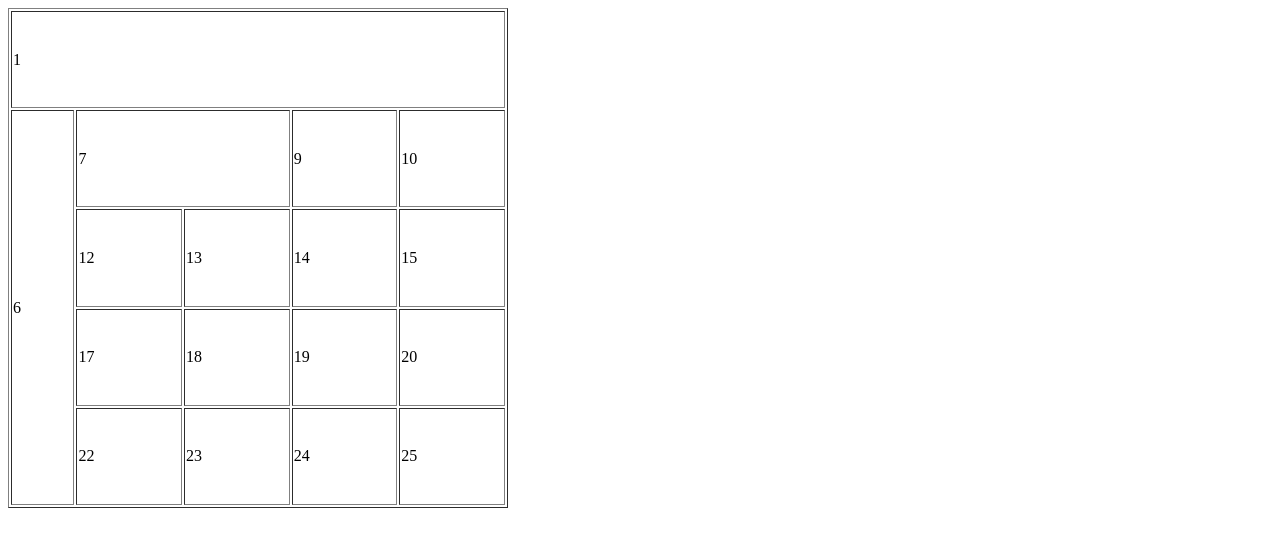
Repository: chanjin5212/Full-Stack-study
Page: client/ClientTest/src/main/webapp/html/Q01.html
These files come from the project's save history. The page is drawn as it stood at one moment and after the next save; the edit follows.
The browser window is 1280 px wide. The pictures show the whole page.

Above is the page before, as saved 2022-05-24 07:33:23.

### client/ClientTest/src/main/webapp/html/Q01.html
<!DOCTYPE html>
<html>
<head>
<meta charset="UTF-8">
<title>Insert title here</title>
</head>
<body>
	<table border width="500" height="500">
		<tr>
			<td colspan="5">1</td>
		</tr>
		<tr>
			<td rowspan="4">6</td>
			<td colspan="2">7</td>
			<td>9</td>
			<td>10</td>
		</tr>
		<tr>
			<td>12</td>
			<td>13</td>
			<td>14</td>
			<td>15</td>
		</tr>
		<tr>
			<td>17</td>
			<td>18</td>
			<td>19</td>
			<td>20</td>
		</tr>
		<tr>
			<td>22</td>
			<td>23</td>
			<td>24</td>
			<td>25</td>
		</tr>
	</table>
</body>
</html>

After the next save:
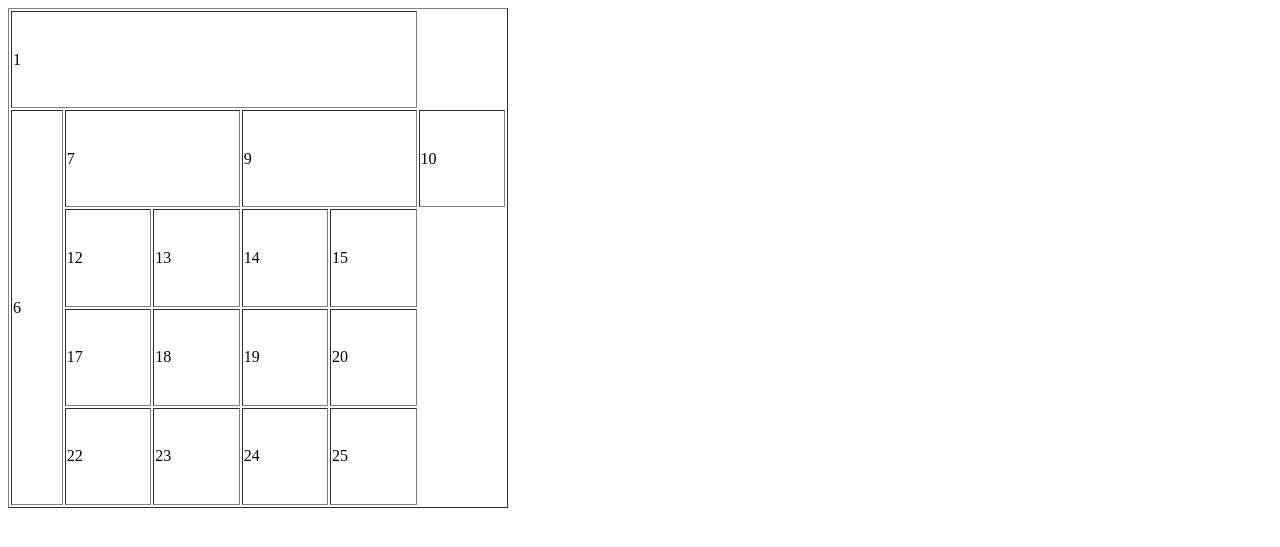
Saved 8 s later.
--- a/client/ClientTest/src/main/webapp/html/Q01.html
+++ b/client/ClientTest/src/main/webapp/html/Q01.html
@@ -12,7 +12,7 @@
 		<tr>
 			<td rowspan="4">6</td>
 			<td colspan="2">7</td>
-			<td>9</td>
+			<td colspan="2">9</td>
 			<td>10</td>
 		</tr>
 		<tr>

After the save that followed:
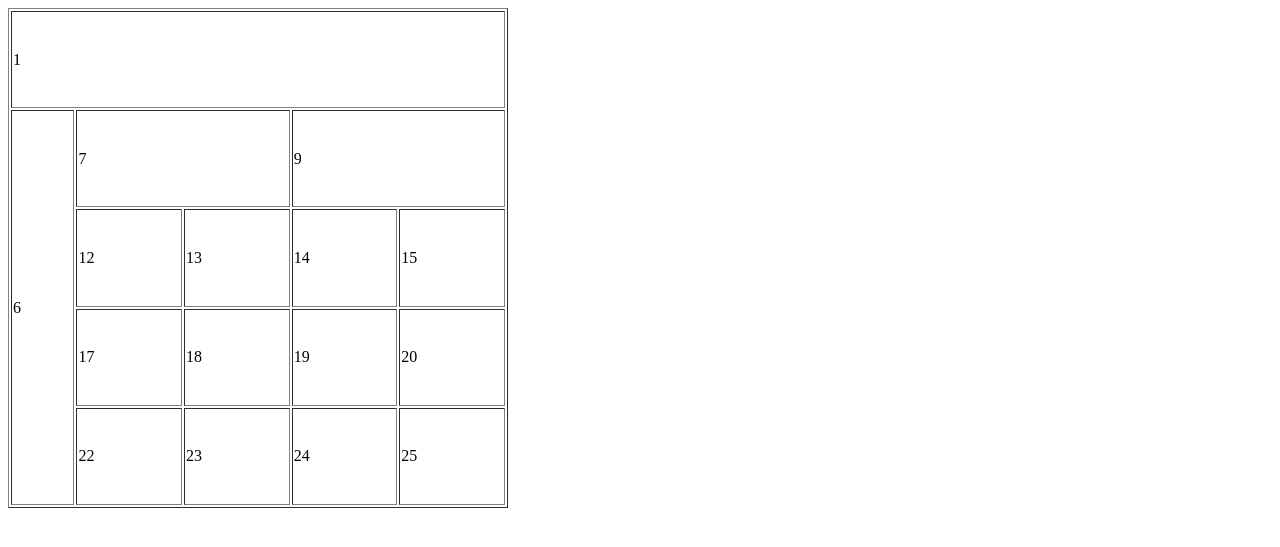
Saved 3 s later.
--- a/client/ClientTest/src/main/webapp/html/Q01.html
+++ b/client/ClientTest/src/main/webapp/html/Q01.html
@@ -13,7 +13,6 @@
 			<td rowspan="4">6</td>
 			<td colspan="2">7</td>
 			<td colspan="2">9</td>
-			<td>10</td>
 		</tr>
 		<tr>
 			<td>12</td>
